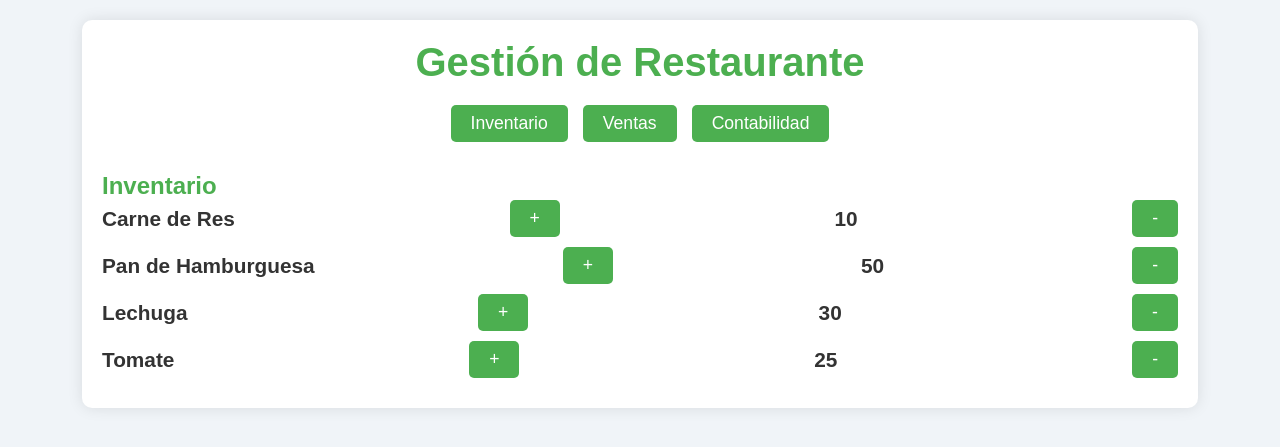
Repository: ElyulienUwU/Ingenieria_De_Software-Hamburguesas-
Page: index.html
An editor plug-in stored every save of this project. The page is shown before and after the next save, followed by the edit.
The browser window is 1280 px wide. The pictures show the whole page.

Above is the page before, as saved 2025-04-28 09:00:13.

After the next save:
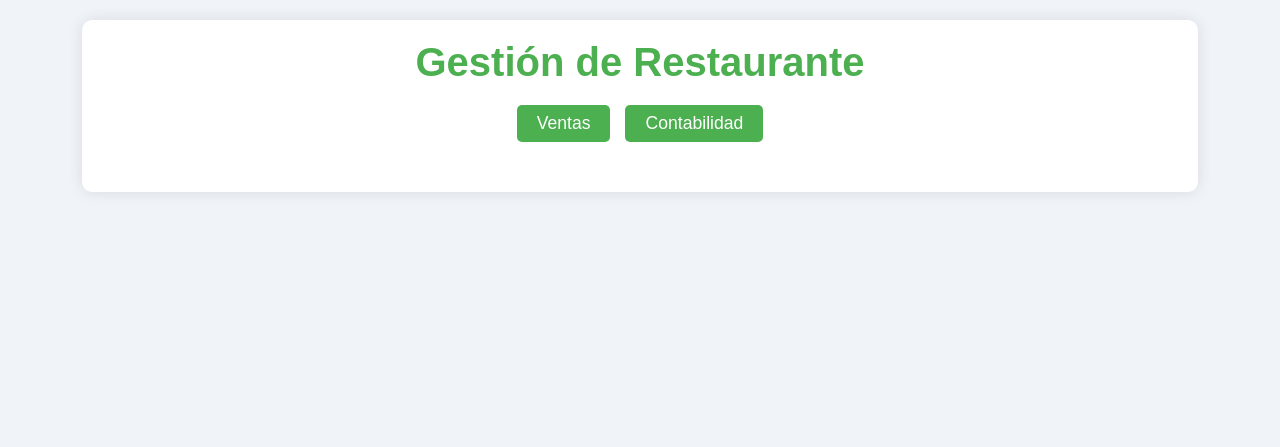
Console error: TypeError: Cannot read properties of null (reading 'classList')
Saved 3 days later.
--- a/index.html
+++ b/index.html
@@ -1,49 +1,22 @@
 <!DOCTYPE html>
-<html lang="es">
+<html lang="en">
+
 <head>
     <meta charset="UTF-8">
     <meta name="viewport" content="width=device-width, initial-scale=1.0">
     <title>Gestión de Restaurante</title>
     <link rel="stylesheet" href="style.css">
 </head>
+
 <body>
     <div class="container">
         <header>
             <h1>Gestión de Restaurante</h1>
             <nav>
-                <button onclick="showSection('inventario')">Inventario</button>
                 <button onclick="showSection('ventas')">Ventas</button>
                 <button onclick="showSection('finanzas')">Contabilidad</button>
             </nav>
         </header>
-
-        <div class="section" id="inventario">
-            <h2>Inventario</h2>
-            <div class="item">
-                <span>Carne de Res</span>
-                <button onclick="updateInventory('carne', 1)">+</button>
-                <span id="carne">10</span>
-                <button onclick="updateInventory('carne', -1)">-</button>
-            </div>
-            <div class="item">
-                <span>Pan de Hamburguesa</span>
-                <button onclick="updateInventory('pan', 1)">+</button>
-                <span id="pan">50</span>
-                <button onclick="updateInventory('pan', -1)">-</button>
-            </div>
-            <div class="item">
-                <span>Lechuga</span>
-                <button onclick="updateInventory('lechuga', 1)">+</button>
-                <span id="lechuga">30</span>
-                <button onclick="updateInventory('lechuga', -1)">-</button>
-            </div>
-            <div class="item">
-                <span>Tomate</span>
-                <button onclick="updateInventory('tomate', 1)">+</button>
-                <span id="tomate">25</span>
-                <button onclick="updateInventory('tomate', -1)">-</button>
-            </div>
-        </div>
 
         <div class="section" id="ventas">
             <h2>Ventas</h2>
@@ -101,4 +74,5 @@
 
     <script src="app.js"></script>
 </body>
+
 </html>
